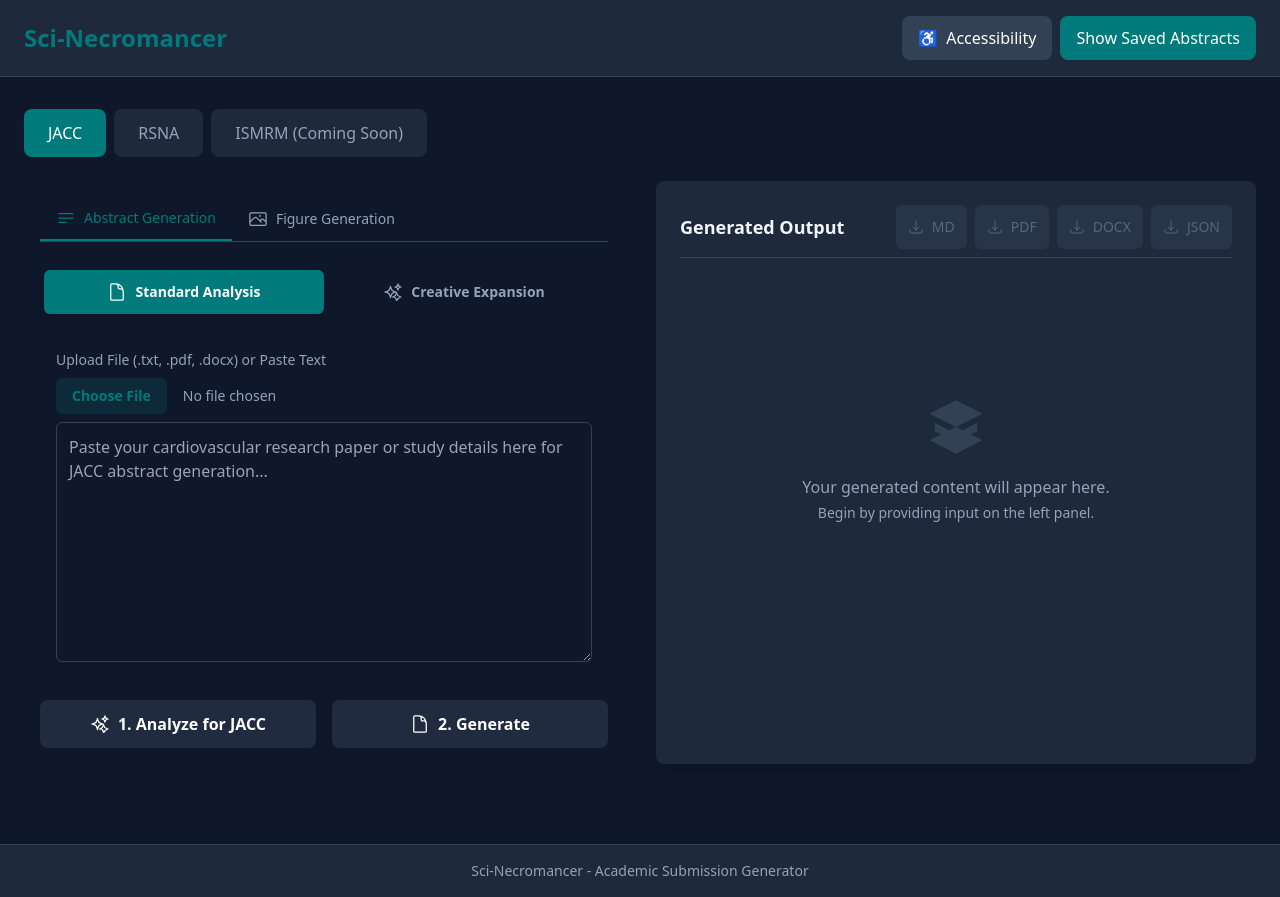
Repository: picspin/Sci-Necromancer
Page: /
The author's editor kept a copy of each file at every save. The page is drawn from the files as they stood at one save, then again after the next save.
The browser window is 1280 px wide. The pictures show the whole page.
Some web libraries are served in a nearby version. The project was rebuilt for these pictures with package versions that can differ from the ones it lists, and the page was loaded fresh each time. Also part of the build but not shown: vite.config.ts, lib/utils/errorLogger.ts, components/error/ErrorFeedback.tsx, components/error/ErrorBoundary.tsx, lib/utils/accessibilityUtils.ts, components/Modal.tsx, components/RSNAPanel.tsx, components/AbstractManager.tsx.

Above is the page before, as saved 2025-10-28 06:27:13.

### index.html
<!DOCTYPE html>
<html lang="en">
  <head>
    <meta charset="UTF-8" />
    <meta name="viewport" content="width=device-width, initial-scale=1.0" />
    <title>Sci-Necromancer - Academic Submission Generator</title>
    <script src="https://cdn.tailwindcss.com"></script>
    <script>
      tailwind.config = {
        theme: {
          extend: {
            colors: {
              'brand-primary': '#007A7A',
              'brand-secondary': '#004D4D',
              'base-100': '#0F172A',
              'base-200': '#1E293B',
              'base-300': '#334155',
              'text-primary': '#F1F5F9',
              'text-secondary': '#94A3B8',
              'category-main': '#ffff00',
              'category-sub': '#ffa500',
              'category-secondary': '#ffc0cb',
            },
          },
        },
      }
    </script>
    <style>
      ::-webkit-scrollbar {
        width: 8px;
        height: 8px;
      }
      ::-webkit-scrollbar-track {
        background: #1e293b;
      }
      ::-webkit-scrollbar-thumb {
        background-color: #334155;
        border-radius: 4px;
      }

      /* Screen reader only - visually hidden but accessible to screen readers */
      .sr-only {
        position: absolute;
        width: 1px;
        height: 1px;
        padding: 0;
        margin: -1px;
        overflow: hidden;
        clip: rect(0, 0, 0, 0);
        white-space: nowrap;
        border-width: 0;
      }

      .sr-only:focus,
      .sr-only:active {
        position: static;
        width: auto;
        height: auto;
        overflow: visible;
        clip: auto;
        white-space: normal;
      }

      /* Focus visible styles - 3px outline for keyboard navigation */
      *:focus-visible {
        outline: 3px solid #007A7A;
        outline-offset: 2px;
      }

      /* Custom focus ring utility */
      .focus-ring-3 {
        outline: 3px solid #007A7A;
        outline-offset: 2px;
      }

      /* High contrast mode support */
      @media (prefers-contrast: high) {
        :root {
          --brand-primary: #00FFFF;
          --text-primary: #FFFFFF;
          --base-100: #000000;
        }
      }

      .high-contrast {
        --brand-primary: #00FFFF !important;
        --brand-secondary: #00CCCC !important;
        --text-primary: #FFFFFF !important;
        --text-secondary: #E0E0E0 !important;
        --base-100: #000000 !important;
        --base-200: #1A1A1A !important;
        --base-300: #333333 !important;
      }

      .high-contrast * {
        border-color: #FFFFFF !important;
      }

      .high-contrast button,
      .high-contrast input,
      .high-contrast select,
      .high-contrast textarea {
        border: 2px solid #FFFFFF !important;
      }

      /* Font size adjustments */
      .font-large {
        font-size: 125%;
      }

      .font-x-large {
        font-size: 150%;
      }

      /* Reduced motion support */
      @media (prefers-reduced-motion: reduce) {
        *,
        *::before,
        *::after {
          animation-duration: 0.01ms !important;
          animation-iteration-count: 1 !important;
          transition-duration: 0.01ms !important;
        }
      }

      .reduce-motion *,
      .reduce-motion *::before,
      .reduce-motion *::after {
        animation-duration: 0.01ms !important;
        animation-iteration-count: 1 !important;
        transition-duration: 0.01ms !important;
      }

      /* Responsive design - Mobile first */
      @media (max-width: 640px) {
        body {
          font-size: 14px;
        }

        /* Ensure touch targets are at least 44x44px */
        button,
        a,
        input[type="button"],
        input[type="submit"] {
          min-height: 44px;
          min-width: 44px;
        }
      }

      @media (max-width: 768px) {
        /* Stack layouts on mobile */
        .grid-cols-2 {
          grid-template-columns: 1fr !important;
        }
      }

      /* Support for 200% zoom */
      @media (min-width: 1280px) {
        .max-w-7xl {
          max-width: 80rem;
        }
      }

      /* Ensure minimum touch target size */
      button,
      a,
      input[type="button"],
      input[type="submit"],
      input[type="checkbox"],
      input[type="radio"],
      select {
        min-height: 44px;
        min-width: 44px;
        padding: 0.5rem 1rem;
      }

      /* Exception for icon-only buttons */
      button.icon-only {
        min-width: 44px;
        padding: 0.5rem;
      }
    </style>
  </head>
  <body class="bg-base-100 text-text-primary">
    <div id="root"></div>
    <script type="module" src="/main.tsx"></script>
  </body>
</html>

### main.tsx
import React from 'react';
import ReactDOM from 'react-dom/client';
import App from './App';

const root = document.getElementById('root');

if (!root) {
  throw new Error('Root element not found');
}

ReactDOM.createRoot(root).render(
  <React.StrictMode>
    <App />
  </React.StrictMode>
);

### App.tsx
import React, { useState } from 'react';
import { Conference } from './types';
import { SettingsProvider } from './context/SettingsContext';
import { AbstractProvider } from './context/AbstractContext';
import { ErrorBoundary } from './components/error/ErrorBoundary';
import JACCPanel from './components/JACCPanel';
import RSNAPanel from './components/RSNAPanel';
import { AbstractManager } from './components/AbstractManager';
import ApiKeyNotification from './components/ApiKeyNotification';
import AccessibilitySettings from './components/AccessibilitySettings';
import HelpDocumentation from './components/HelpDocumentation';

const App: React.FC = () => {
    const [activeConference, setActiveConference] = useState<Conference>('JACC');
    const [showManager, setShowManager] = useState(false);
    const [showA11ySettings, setShowA11ySettings] = useState(false);
    const [showHelp, setShowHelp] = useState(false);

    return (
        <ErrorBoundary>
            <SettingsProvider>
                <AbstractProvider>
                    {/* Skip to main content link for keyboard navigation */}
                    <a
                        href="#main-content"
                        className="sr-only focus:not-sr-only focus:absolute focus:top-4 focus:left-4 focus:z-50 focus:px-4 focus:py-2 focus:bg-brand-primary focus:text-white focus:rounded-md"
                    >
                        Skip to main content
                    </a>

                    <div className="min-h-screen bg-base-100">
                        {/* Header */}
                        <header
                            className="bg-base-200 border-b border-base-300 py-4 px-6"
                            role="banner"
                        >
                            <div className="max-w-7xl mx-auto flex items-center justify-between flex-wrap gap-4">
                                <h1 className="text-2xl font-bold text-brand-primary">
                                    Sci-Necromancer
                                    <span className="sr-only">- Academic Submission Generator</span>
                                </h1>
                                <div className="flex gap-2 flex-wrap">
                                    <button
                                        onClick={() => setShowA11ySettings(true)}
                                        className="px-4 py-2 bg-base-300 text-white rounded-lg hover:bg-base-300/80 transition-colors focus:outline-none focus:ring-3 focus:ring-brand-primary"
                                        aria-label="Open accessibility settings"
                                        title="Accessibility Settings"
                                    >
                                        <span aria-hidden="true">♿</span>
                                        <span className="ml-2 hidden sm:inline">Accessibility</span>
                                    </button>
                                    <button
                                        onClick={() => setShowManager(!showManager)}
                                        className="px-4 py-2 bg-brand-primary text-white rounded-lg hover:bg-brand-secondary transition-colors focus:outline-none focus:ring-3 focus:ring-brand-primary"
                                        aria-expanded={showManager}
                                        aria-controls="abstract-manager"
                                        aria-label={showManager ? 'Hide saved abstracts manager' : 'Show saved abstracts manager'}
                                    >
                                        {showManager ? 'Hide' : 'Show'} Saved Abstracts
                                    </button>
                                </div>
                            </div>
                        </header>

                        {/* Accessibility Settings Modal */}
                        <AccessibilitySettings
                            isOpen={showA11ySettings}
                            onClose={() => setShowA11ySettings(false)}
                        />

                        {/* API Key Notification - Commented out for now, needs settings modal */}
                        {/* <ApiKeyNotification provider="google" onOpenSettings={() => {}} /> */}

                        {/* Main Content */}
                        <main
                            id="main-content"
                            className="max-w-7xl mx-auto px-6 py-8"
                            role="main"
                            aria-label="Main content"
                        >
                            {showManager ? (
                                <section
                                    id="abstract-manager"
                                    aria-label="Saved abstracts manager"
                                >
                                    <AbstractManager isVisible={showManager} onClose={() => setShowManager(false)} />
                                </section>
                            ) : (
                                <>
                                    {/* Conference Tabs */}
                                    <nav
                                        className="flex gap-2 mb-6"
                                        role="tablist"
                                        aria-label="Conference selection"
                                    >
                                        <button
                                            onClick={() => setActiveConference('JACC')}
                                            className={`px-6 py-3 rounded-lg font-medium transition-colors focus:outline-none focus:ring-3 focus:ring-brand-primary ${activeConference === 'JACC'
                                                ? 'bg-brand-primary text-white'
                                                : 'bg-base-200 text-text-secondary hover:bg-base-300'
                                                }`}
                                            role="tab"
                                            aria-selected={activeConference === 'JACC'}
                                            aria-controls="conference-panel"
                                            id="tab-jacc"
                                        >
                                            JACC
                                        </button>
                                        <button
                                            onClick={() => setActiveConference('RSNA')}
                                            className={`px-6 py-3 rounded-lg font-medium transition-colors focus:outline-none focus:ring-3 focus:ring-brand-primary ${activeConference === 'RSNA'
                                                ? 'bg-brand-primary text-white'
                                                : 'bg-base-200 text-text-secondary hover:bg-base-300'
                                                }`}
                                            role="tab"
                                            aria-selected={activeConference === 'RSNA'}
                                            aria-controls="conference-panel"
                                            id="tab-rsna"
                                        >
                                            RSNA
                                        </button>
                                        <button
                                            onClick={() => setActiveConference('ISMRM')}
                                            className={`px-6 py-3 rounded-lg font-medium transition-colors focus:outline-none focus:ring-3 focus:ring-brand-primary ${activeConference === 'ISMRM'
                                                ? 'bg-brand-primary text-white'
                                                : 'bg-base-200 text-text-secondary hover:bg-base-300'
                                                }`}
                                            disabled
                                            title="Coming soon"
                                            role="tab"
                                            aria-selected={activeConference === 'ISMRM'}
                                            aria-controls="conference-panel"
                                            aria-disabled="true"
                                            id="tab-ismrm"
                                        >
                                            ISMRM (Coming Soon)
                                        </button>
                                    </nav>

                                    {/* Conference Panels */}
                                    <div
                                        id="conference-panel"
                                        role="tabpanel"
                                        aria-labelledby={`tab-${activeConference.toLowerCase()}`}
                                    >
                                        {activeConference === 'JACC' && <JACCPanel />}
                                        {activeConference === 'RSNA' && <RSNAPanel />}
                                    </div>
                                </>
                            )}
                        </main>

                        {/* Footer */}
                        <footer
                            className="bg-base-200 border-t border-base-300 py-4 px-6 mt-12"
                            role="contentinfo"
                        >
                            <div className="max-w-7xl mx-auto text-center text-text-secondary text-sm">
                                <p>Sci-Necromancer - Academic Submission Generator</p>
                            </div>
                        </footer>
                    </div>
                </AbstractProvider>
            </SettingsProvider>
        </ErrorBoundary>
    );
};

export default App;

### context/SettingsContext.tsx
import React, { createContext, useState, useEffect, ReactNode } from 'react';
import { Settings } from '../types';
import { LocalStorageService } from '../services/databaseService';

interface SettingsContextType {
  settings: Settings;
  updateSettings: (newSettings: Partial<Settings>) => void;
  saveSettings: (newSettings: Settings) => void;
  databaseService: LocalStorageService;
}

const defaultSettings: Settings = {
  provider: 'google',
  googleApiKey: '',
  openAIApiKey: '',
  model: 'gemini-2.0-flash-exp',
  temperature: 0.7,
  maxTokens: 2048,
};

export const SettingsContext = createContext<SettingsContextType>({
  settings: defaultSettings,
  updateSettings: () => {},
  saveSettings: () => {},
  databaseService: new LocalStorageService(),
});

export const SettingsProvider: React.FC<{ children: ReactNode }> = ({ children }) => {
  const [settings, setSettings] = useState<Settings>(defaultSettings);
  const [databaseService] = useState(() => new LocalStorageService());

  useEffect(() => {
    const savedSettings = localStorage.getItem('app-settings');
    if (savedSettings) {
      try {
        const parsed = JSON.parse(savedSettings);
        setSettings({ ...defaultSettings, ...parsed });
      } catch (error) {
        console.error('Failed to parse saved settings:', error);
      }
    }
  }, []);

  const updateSettings = (newSettings: Partial<Settings>) => {
    setSettings((prev) => {
      const updated = { ...prev, ...newSettings };
      localStorage.setItem('app-settings', JSON.stringify(updated));
      return updated;
    });
  };

  const saveSettings = (newSettings: Settings) => {
    setSettings(newSettings);
    localStorage.setItem('app-settings', JSON.stringify(newSettings));
  };

  return (
    <SettingsContext.Provider value={{ settings, updateSettings, saveSettings, databaseService }}>
      {children}
    </SettingsContext.Provider>
  );
};

### context/AbstractContext.tsx
import React, { createContext, useState, useContext, ReactNode } from 'react';
import { SavedAbstract } from '../types';

interface AbstractContextType {
  loadAbstract: (abstract: SavedAbstract) => void;
  abstractToLoad: SavedAbstract | null;
  clearLoadedAbstract: () => void;
}

const AbstractContext = createContext<AbstractContextType>({
  loadAbstract: () => {},
  abstractToLoad: null,
  clearLoadedAbstract: () => {}
});

export const useAbstractContext = () => useContext(AbstractContext);

export const AbstractProvider: React.FC<{ children: ReactNode }> = ({ children }) => {
  const [abstractToLoad, setAbstractToLoad] = useState<SavedAbstract | null>(null);

  const loadAbstract = (abstract: SavedAbstract) => {
    setAbstractToLoad(abstract);
  };

  const clearLoadedAbstract = () => {
    setAbstractToLoad(null);
  };

  return (
    <AbstractContext.Provider value={{ loadAbstract, abstractToLoad, clearLoadedAbstract }}>
      {children}
    </AbstractContext.Provider>
  );
};

### lib/llm/index.ts
import * as gemini from './gemini';
import * as openai from './openai';
import { AbstractData, ImageState, AnalysisResult, Category, AbstractType, AbstractTypeSuggestion } from '../../types';

// Export writing style utilities
export {
  DEFAULT_WRITING_STYLE,
  generateWritingStylePrompt,
  detectProhibitedPhrases,
  validateWritingStyle,
  getWritingStyleInstructions,
  type WritingStyleValidation,
  type WritingStyleIssue,
  type ProhibitedPhraseDetection
} from './writingStyleEnhancer';

// This is a simplified way to get the settings.
// In a larger app, this might come from a context passed down or another state management solution.
const getProvider = (): 'google' | 'openai' => {
    try {
        const savedSettings = localStorage.getItem('app-settings');
        if (savedSettings) {
            const settings = JSON.parse(savedSettings);
            return settings.provider || 'google';
        }
    } catch (e) {
        // Ignore parsing error, default to google
    }
    return 'google';
};

const getService = () => {
    const provider = getProvider();
    if (provider === 'openai') {
        return openai;
    }
    return gemini;
};

export const analyzeContent = (text: string): Promise<AnalysisResult> => {
  return getService().analyzeContent(text);
};

export const suggestAbstractType = (text: string, categories: Category[], keywords: string[]): Promise<AbstractTypeSuggestion[]> => {
    return getService().suggestAbstractType(text, categories, keywords);
};

export const generateFinalAbstract = (text: string, type: AbstractType, categories: Category[], keywords: string[]): Promise<AbstractData> => {
    return getService().generateFinalAbstract(text, type, categories, keywords);
};

export const generateCreativeAbstract = (coreIdea: string): Promise<AbstractData> => {
    return getService().generateCreativeAbstract(coreIdea);
};

export const generateImage = (imageState: ImageState, creativeContext: string): Promise<string> => {
    return getService().generateImage(imageState, creativeContext);
};

### components/LiveRegion.tsx
import React, { useEffect, useState } from 'react';

interface LiveRegionProps {
  message: string;
  priority?: 'polite' | 'assertive';
  clearAfter?: number;
}

/**
 * ARIA live region component for announcing dynamic content changes to screen readers
 */
const LiveRegion: React.FC<LiveRegionProps> = ({
  message,
  priority = 'polite',
  clearAfter = 3000
}) => {
  const [currentMessage, setCurrentMessage] = useState(message);

  useEffect(() => {
    setCurrentMessage(message);

    if (clearAfter > 0 && message) {
      const timer = setTimeout(() => {
        setCurrentMessage('');
      }, clearAfter);

      return () => clearTimeout(timer);
    }
  }, [message, clearAfter]);

  return (
    <div
      role="status"
      aria-live={priority}
      aria-atomic="true"
      className="sr-only"
    >
      {currentMessage}
    </div>
  );
};

export default LiveRegion;

/**
 * Hook for managing live region announcements
 */
export const useLiveRegion = () => {
  const [announcement, setAnnouncement] = useState('');
  const [priority, setPriority] = useState<'polite' | 'assertive'>('polite');

  const announce = (message: string, announcePriority: 'polite' | 'assertive' = 'polite') => {
    setPriority(announcePriority);
    setAnnouncement(message);
  };

  const clear = () => {
    setAnnouncement('');
  };

  return {
    announcement,
    priority,
    announce,
    clear,
    LiveRegionComponent: () => (
      <LiveRegion message={announcement} priority={priority} />
    ),
  };
};

Loaded but not shown: components/JACCPanel.tsx (686 lines, source omitted); services/databaseService.ts (731 lines, source omitted); lib/llm/prompts/ismrmPrompts.ts (500 lines, source omitted); services/exportService.ts (415 lines, source omitted); lib/llm/writingStyleEnhancer.ts (317 lines, source omitted); components/SvgIcon.tsx (83 lines, source omitted); components/AccessibilitySettings.tsx (161 lines, source omitted); lib/llm/gemini.ts (147 lines, source omitted); components/export/ExportButtons.tsx (166 lines, source omitted); components/OutputDisplay.tsx (135 lines, source omitted); lib/hooks/useTheme.ts (104 lines, source omitted); lib/llm/openai.ts (80 lines, source omitted)

After the next save:
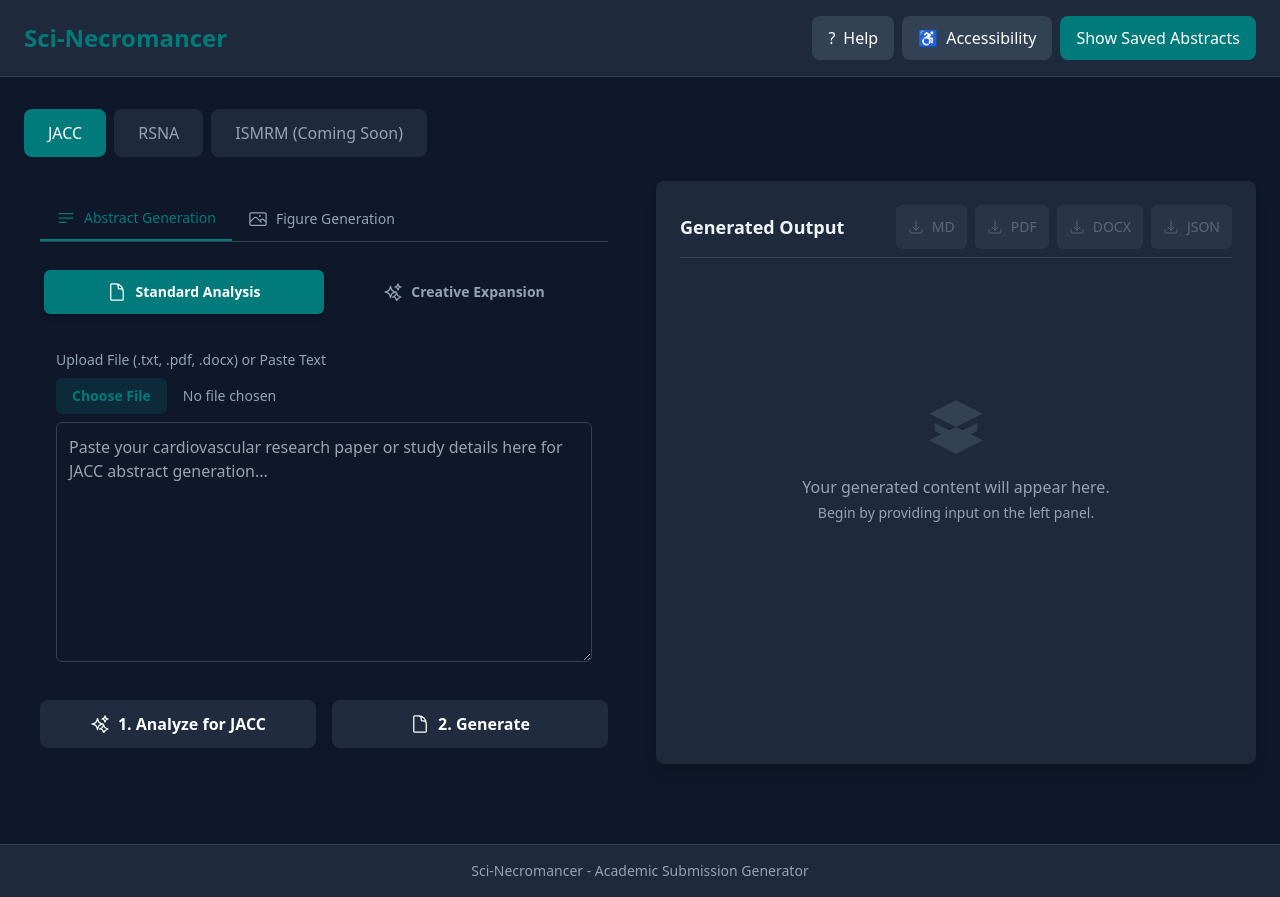
Saved 14 s later.
--- a/App.tsx
+++ b/App.tsx
@@ -40,6 +40,15 @@
                                     <span className="sr-only">- Academic Submission Generator</span>
                                 </h1>
                                 <div className="flex gap-2 flex-wrap">
+                                    <button
+                                        onClick={() => setShowHelp(true)}
+                                        className="px-4 py-2 bg-base-300 text-white rounded-lg hover:bg-base-300/80 transition-colors focus:outline-none focus:ring-3 focus:ring-brand-primary"
+                                        aria-label="Open help documentation"
+                                        title="Help & Documentation"
+                                    >
+                                        <span aria-hidden="true">?</span>
+                                        <span className="ml-2 hidden sm:inline">Help</span>
+                                    </button>
                                     <button
                                         onClick={() => setShowA11ySettings(true)}
                                         className="px-4 py-2 bg-base-300 text-white rounded-lg hover:bg-base-300/80 transition-colors focus:outline-none focus:ring-3 focus:ring-brand-primary"
